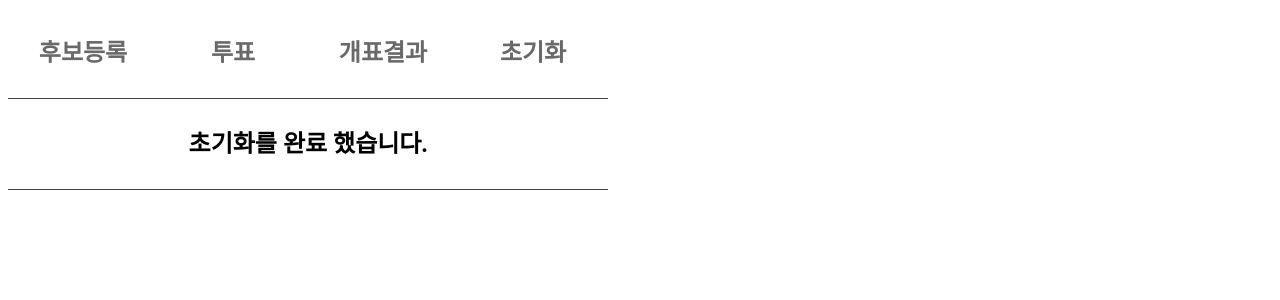
Repository: noheul1030/KOPO-HTML
Page: http://localhost/Tupyo/Tupyo/D_01_H.jsp
These files come from the project's save history. The page is drawn as it stood at one moment and after the next save; the edit follows.
The browser window is 1280 px wide. The pictures show the whole page.
The page is served by Tomcat 9.

Above is the page before, as saved 2023-06-04 10:42:34.

### Tupyo/src/main/webapp/Tupyo/D_01_H.jsp
<meta http-equiv="Content-Type" content="text/html; charset=utf-8" />

<%@ page language="java" contentType="text/html; charset=UTF-8" %>

<%@ page import="java.util.*" %> <!--java import-->
<%@ page import="java.io.*"%> <!--java import-->
<%@ page import="java.sql.*"%> <!--java import-->

<html>
    <head>
    	<style>
    		table {
    			text-align: center;
   				border: 0;
   				solid black;
   				width: 600px;
   				border-collapse: collapse;
   				cellspacing="1"}
    		th, td {
		    border-bottom: 1px solid #444444;
		    padding: 10px;
			}
			th:first-child, td:first-child {
			  border-left: none;
			}
    		a {text-decoration-line: none;  color: #696969;}
			h2:hover {
			 box-shadow: 0 0 40px 40px #ffd700 inset;
			}
    		h2,h4 {margin-top: 15px; text-align: center;}
    		.fourth {
			  background: gold;
			  border-color: white;
			  color: black;
			  background-image: linear-gradient(45deg, yellow 50%, transparent 50%);
			  background-position: 100%;
			  background-size: 400%;
			  transition: background 300ms ease-in-out;
			  border-radius: 5px;
			}

			.fourth:hover {
			  background-position: 0;
			}
    	</style>
    </head>
    <body>
<%
   		// DB연동
        Class.forName("com.mysql.jdbc.Driver");
		//Connection conn = DriverManager.getConnection("jdbc:mysql://192.168.23.60:3307/kopo11","root","shdmf1030@");
		Connection conn = DriverManager.getConnection("jdbc:mysql://localhost:3306/noheul","root","shdmf1030@");
        Statement stmt = conn.createStatement();

        stmt.execute("drop table if exists huboDB;");
        stmt.execute("drop table if exists tupyoDB;");
%>
		<table>
    		<tr>
    			<td width = 25%><a align = center id="update" href="A_01_H.jsp" target="content"><h2>후보등록</h2></a></td>
    			<td width = 25%><a align = center id="vote" href="B_01_H.jsp" target="content"><h2>투표</h2></a></td>
    			<td width = 25%><a align = center id="result" href="C_01_H.jsp" target="content"><h2>개표결과</h2></a></td>
    			<td width = 25%><a align = center id="result" href="D_01_H.jsp" target="content"><h2 class="check">초기화</h2></a></td>
    		</tr>
		</table>

		<table>
			<tr><td><h2> 초기화를 완료 했습니다. </h2>
		</table>
	</body>
</html>

After the next save:
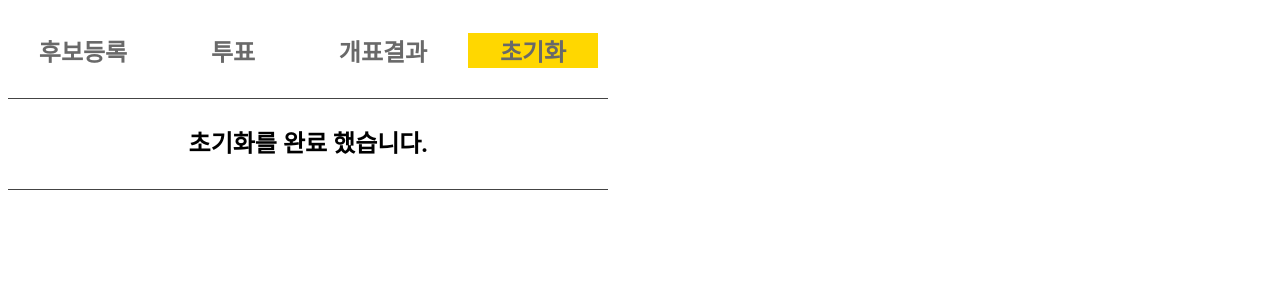
Saved 9 s later.
--- a/Tupyo/src/main/webapp/Tupyo/D_01_H.jsp
+++ b/Tupyo/src/main/webapp/Tupyo/D_01_H.jsp
@@ -42,18 +42,21 @@
 			.fourth:hover {
 			  background-position: 0;
 			}
+			.check{
+				box-shadow: 0 0 40px 40px #ffd700 inset;
+			}
     	</style>
     </head>
     <body>
 <%
    		// DB연동
         Class.forName("com.mysql.jdbc.Driver");
-		//Connection conn = DriverManager.getConnection("jdbc:mysql://192.168.23.60:3307/kopo11","root","shdmf1030@");
-		Connection conn = DriverManager.getConnection("jdbc:mysql://localhost:3306/noheul","root","shdmf1030@");
+		Connection conn = DriverManager.getConnection("jdbc:mysql://192.168.23.60:3307/kopo11","root","shdmf1030@");
+		//Connection conn = DriverManager.getConnection("jdbc:mysql://localhost:3306/noheul","root","shdmf1030@");
         Statement stmt = conn.createStatement();
 
-        stmt.execute("drop table if exists huboDB;");
-        stmt.execute("drop table if exists tupyoDB;");
+        stmt.execute("drop table if exists HuboDB;");
+        stmt.execute("drop table if exists TupyoDB;");
 %>
 		<table>
     		<tr>
